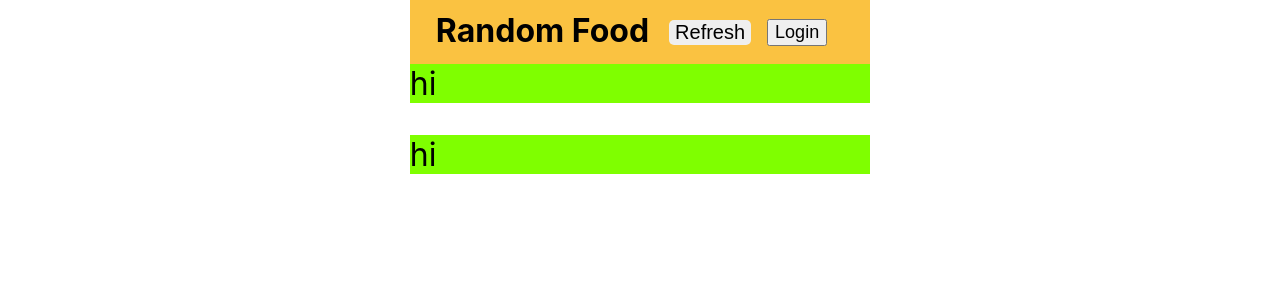
Repository: limjoohyun2030/random-food
Page: /random-food/home
These files come from the project's save history. The page is drawn as it stood at one moment and after the next save; the edit follows.
The browser window is 1280 px wide. The pictures show the whole page.
The page's requests for data from a server got no answer. The project was rebuilt for these pictures with package versions that can differ from the ones it lists, and the page was loaded fresh each time. A package was used in the major version that the imports need, not the one package.json lists. No one was signed in, and anything a server would have sent is missing. Also part of the build but not shown: src/components/food_detail/food_detail.module.css, src/components/food_detail/food_detail.jsx, src/components/food_item/food_item.module.css, src/components/food_item/food_item.jsx, src/components/login/login.module.css, src/components/login/login.jsx.

Above is the page before, as saved 2021-11-11 02:17:07.

After the next save:
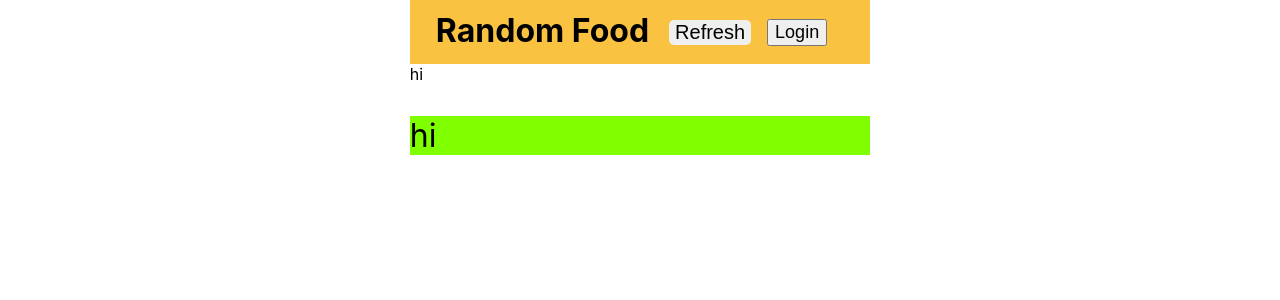
Saved 40 s later.
--- a/src/components/food_list/food_list.jsx
+++ b/src/components/food_list/food_list.jsx
@@ -5,7 +5,7 @@ import styles from "./food_list.module.css";
 const FoodList = React.forwardRef(({ foods, onFoodClick }, ref) => {
   return (
     <section>
-      <div className={styles.sidebars}>hi</div>
+      <div className={styles.sidebarLeft}>hi</div>
       <ul className={styles.foods}>
         {foods &&
           foods.map((food) => (
